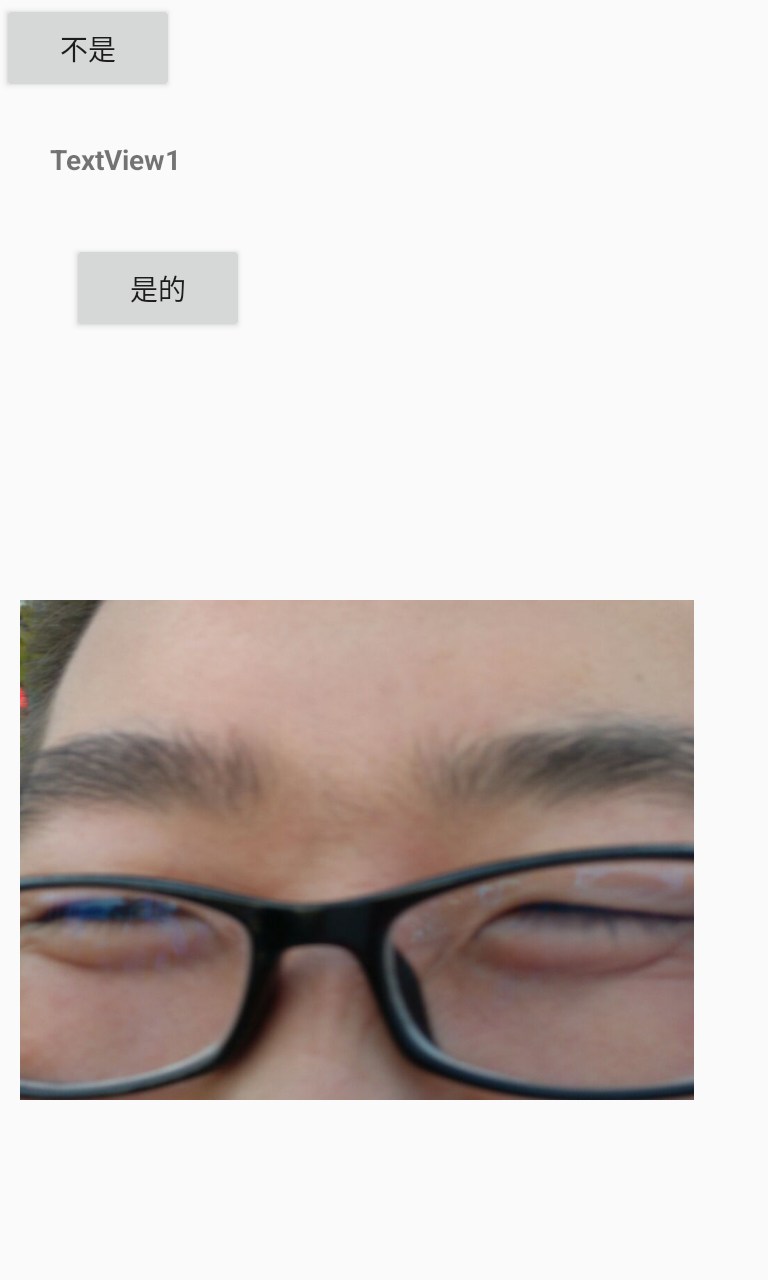
Repository: mjchow/qiuyi
Layout: demo1/res/layout/activity_main.xml
These files come from the project's save history. The layout is drawn as it stood at one moment and after the next save; the edit follows.
It is drawn on a 768 x 1280 px phone screen (xhdpi) without system bars, with theme AppTheme; the app's code is not run.

Above is the layout before, as saved 2014-12-25 16:16:29.

After the next save:
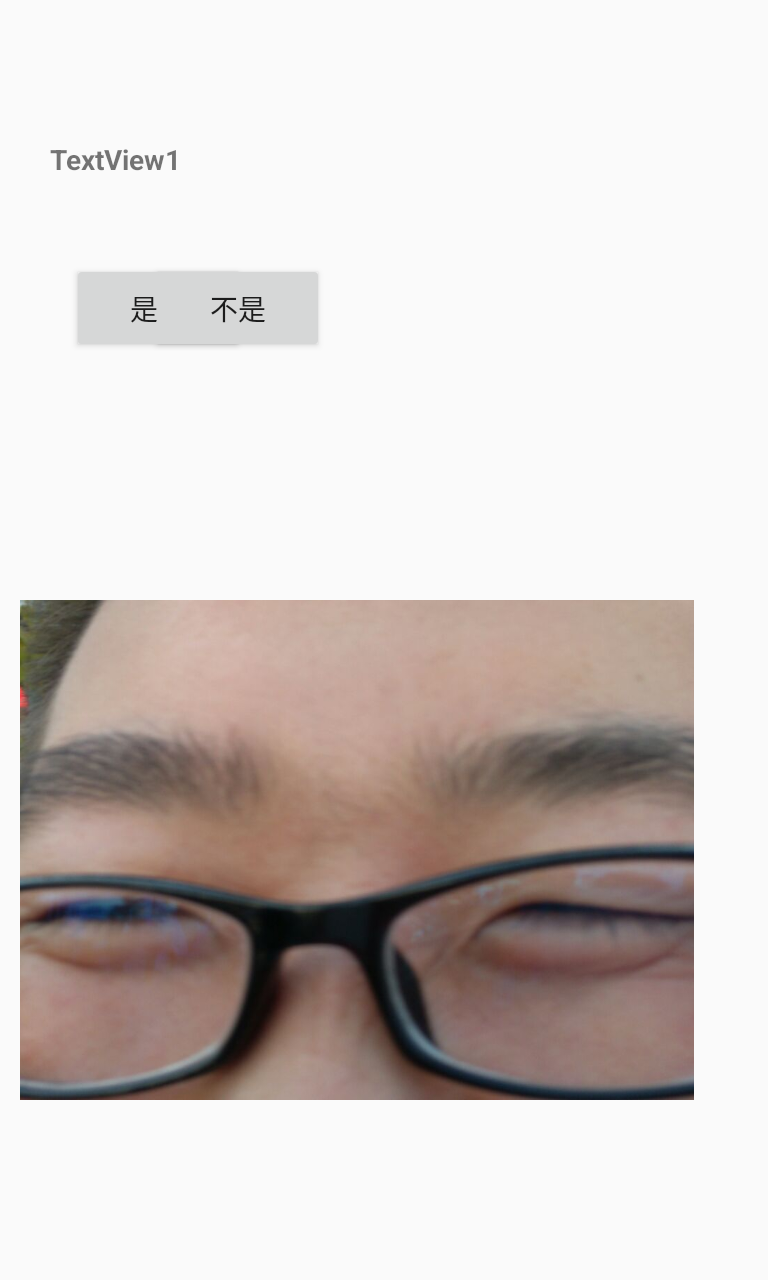
Saved 22 s later.
--- a/demo1/res/layout/activity_main.xml
+++ b/demo1/res/layout/activity_main.xml
@@ -36,13 +36,15 @@
         android:layout_width="wrap_content"
         android:layout_height="wrap_content"
         android:layout_marginLeft = "35dp"
-        android:layout_marginTop = "120dp"
+        android:layout_marginTop = "130dp"
         android:text="是的" />
 
     <Button
         android:id="@+id/button2"
         android:layout_width="wrap_content"
         android:layout_height="wrap_content"
+        android:layout_marginLeft = "75dp"
+        android:layout_marginTop = "130dp"
         android:text="不是" />
 
 </FrameLayout>
